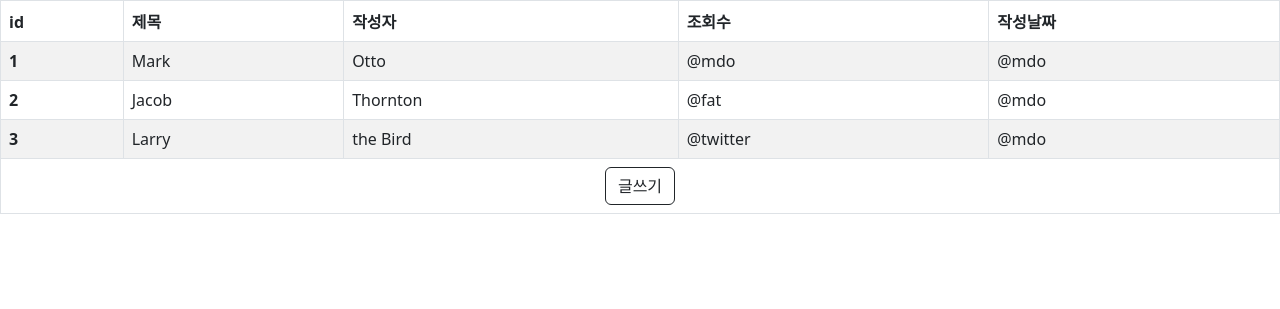
Repository: shbaksa/study
Page: http://localhost/mw_0615/boot/list.jsp
These files come from the project's save history. The page is drawn as it stood at one moment and after a run of saves; the edit follows.
The browser window is 1280 px wide. The pictures show the whole page.
The page is served by Tomcat 9.

Above is the page before, as saved 2022-06-15 00:24:09.

After the next 2 saves:
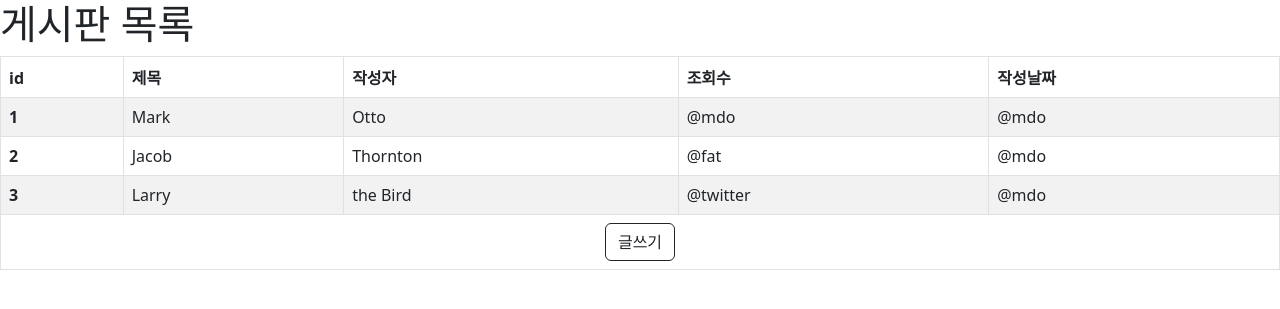
The 2 saves are shown as one change because they came seconds apart.
The last was saved 40 s later.
--- a/mw_0615/src/main/webapp/boot/list.jsp
+++ b/mw_0615/src/main/webapp/boot/list.jsp
@@ -8,6 +8,7 @@
     <link href="https://cdn.jsdelivr.net/npm/bootstrap@5.2.0-beta1/dist/css/bootstrap.min.css" rel="stylesheet" integrity="sha384-0evHe/X+R7YkIZDRvuzKMRqM+OrBnVFBL6DOitfPri4tjfHxaWutUpFmBp4vmVor" crossorigin="anonymous">
   </head>
   <body>
+  <div> <h1> 게시판 목록 </h1></div>
   <table class="table table-bordered table-striped" >
   <thead>
     <tr>
